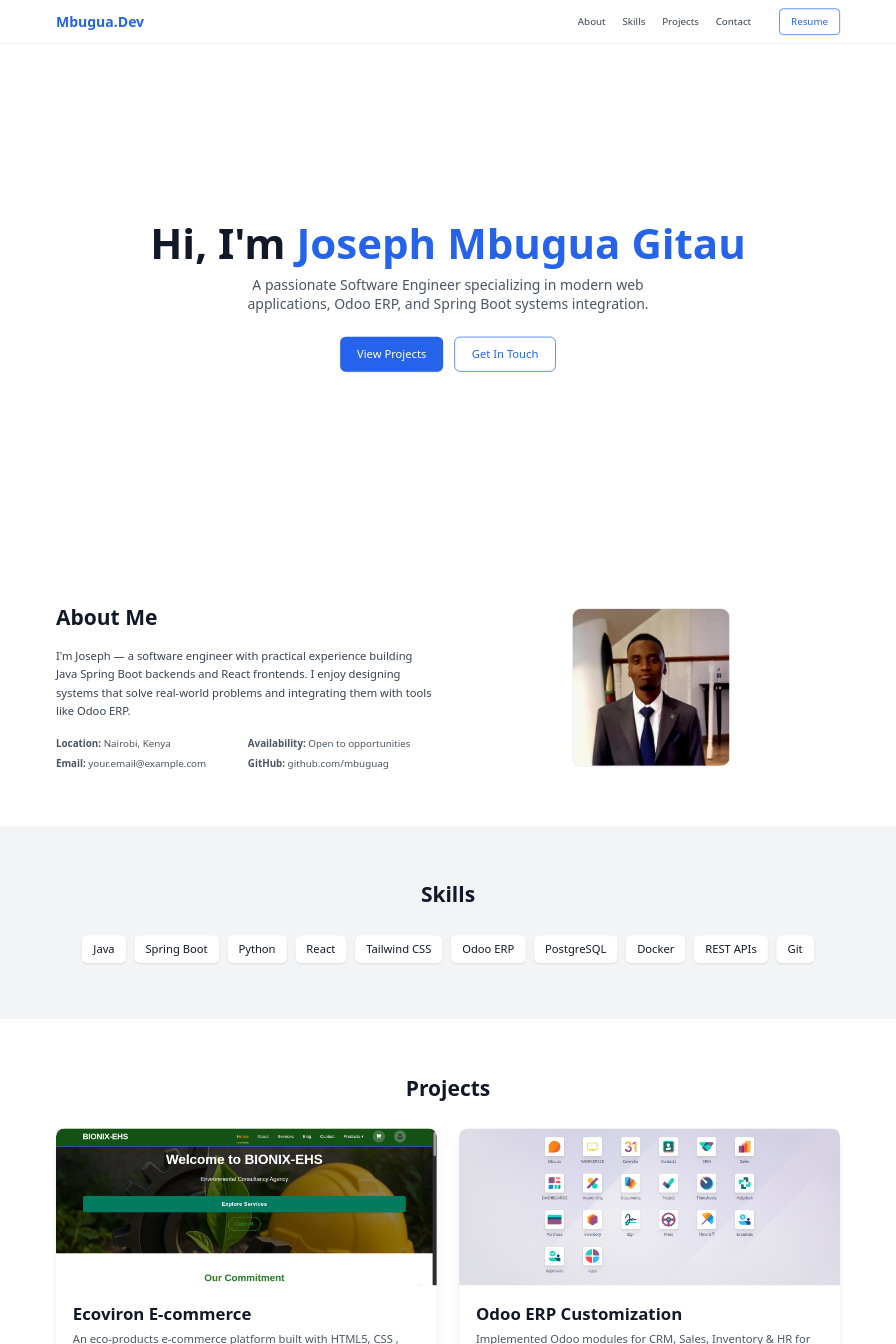
Repository: mbuguag/Portfolio
Page: /
These files come from the project's save history. The page is drawn as it stood at one moment and after the next save; the edit follows.
The browser window is 1280 px wide. The pictures show the part of the page from y = 0 to 1920 px (the page is 2749 px tall), at 70% of full size.
The project was rebuilt for these pictures with package versions that can differ from the ones it lists, and the page was loaded fresh each time. Also part of the build but not shown: vite.config.js.

Above is the page before, as saved 2025-10-24 10:59:55.

### index.html
<!doctype html>
<html lang="en">
  <head>
    <meta charset="UTF-8" />
    <link rel="icon" type="image/svg+xml" href="/vite.svg" />
    <meta name="viewport" content="width=device-width, initial-scale=1.0" />
    <title>dev-portfolio</title>
  </head>
  <body>
    <div id="root"></div>
    <script type="module" src="/src/main.jsx"></script>
  </body>
</html>

### src/App.jsx
import React from "react";
import Navbar from "./components/Navbar";
import Hero from "./components/Hero";
import About from "./components/About";
import Skills from "./components/Skills";
import Projects from "./components/Projects";
import Contact from "./components/Contact";
import Footer from "./components/Footer";

export default function App() {
  return (
    <div className="antialiased">
      <Navbar />
      <main className="pt-16">
        <Hero />
        <About />
        <Skills />
        <Projects />
        <Contact />
      </main>
      <Footer />
    </div>
  );
}

### src/index.css
@tailwind base;
@tailwind components;
@tailwind utilities;

/* Global */
:root {
  scroll-behavior: smooth;
}

body {
  @apply bg-white text-gray-900 dark:bg-gray-900 dark:text-gray-100 font-sans;
}

/* container helper */
.container {
  @apply max-w-6xl mx-auto px-4;
}

/* small utility */
.section-title {
  @apply text-3xl font-semibold mb-6;
}

.card {
  @apply bg-white dark:bg-gray-800 rounded-xl shadow-sm overflow-hidden;
}

### src/components/Navbar.jsx
import React from "react";

export default function Navbar() {
  return (
    <header className="fixed top-0 left-0 right-0 z-50 bg-white/80 dark:bg-gray-900/80 backdrop-blur-sm border-b border-gray-200 dark:border-gray-800">
      <div className="container flex items-center justify-between py-3">
        <a href="#home" className="text-xl font-bold text-blue-600">Mbugua.Dev</a>

        <nav className="hidden md:flex gap-6 items-center text-sm text-gray-700 dark:text-gray-300">
          <a href="#about" className="hover:text-blue-600">About</a>
          <a href="#skills" className="hover:text-blue-600">Skills</a>
          <a href="#projects" className="hover:text-blue-600">Projects</a>
          <a href="#contact" className="hover:text-blue-600">Contact</a>
          <a
            href="/resume.pdf"
            className="ml-4 inline-block px-4 py-2 text-sm border rounded-md border-blue-600 text-blue-600 hover:bg-blue-600 hover:text-white transition"
            download
          >
            Resume
          </a>
        </nav>

        {/* mobile placeholder (expand later if you want a menu) */}
        <div className="md:hidden text-sm text-gray-700 dark:text-gray-300">
          <a href="#projects" className="px-3 py-1 bg-blue-600 text-white rounded-md">View Work</a>
        </div>
      </div>
    </header>
  );
}

### src/components/Hero.jsx
export default function Hero() {
  return (
    <section id="home" className="flex flex-col items-center justify-center text-center min-h-screen px-6">
      <h1 className="text-4xl sm:text-6xl font-bold mb-4">
        Hi, I'm <span className="text-blue-600">Joseph Mbugua Gitau</span>
      </h1>
      <p className="text-lg sm:text-xl text-gray-600 dark:text-gray-300 max-w-2xl">
        A passionate Software Engineer specializing in modern web applications, Odoo ERP, and Spring Boot systems integration.
      </p>
      <div className="mt-8 flex gap-4">
        <a href="#projects" className="px-6 py-3 bg-blue-600 text-white rounded-lg shadow hover:bg-blue-700 transition">View Projects</a>
        <a href="#contact" className="px-6 py-3 border border-blue-600 text-blue-600 rounded-lg hover:bg-blue-600 hover:text-white transition">Get In Touch</a>
      </div>
    </section>
  );
}

### src/components/About.jsx
import React from "react";

export default function About() {
  return (
    <section id="about" className="py-20">
      <div className="container grid md:grid-cols-2 gap-10 items-center">
        <div>
          <h2 className="section-title">About Me</h2>
          <p className="text-gray-700 dark:text-gray-300 leading-relaxed">
            I'm Joseph — a software engineer with practical experience building
            Java Spring Boot backends and React frontends.
            I enjoy designing systems that solve real-world problems and integrating
            them with tools like Odoo ERP.
          </p>

          <ul className="mt-6 grid grid-cols-2 gap-2 text-sm text-gray-600 dark:text-gray-400">
            <li><strong>Location:</strong> Nairobi, Kenya</li>
            <li><strong>Availability:</strong> Open to opportunities</li>
            <li><strong>Email:</strong> your.email@example.com</li>
            <li><strong>GitHub:</strong> github.com/mbuguag</li>
          </ul>
        </div>

        <div className="flex justify-center">
          <div className="w-56 h-56 rounded-xl overflow-hidden ring-1 ring-gray-200 dark:ring-gray-700">
            <img
              src="/Profile.jpg"
              alt="Joseph Mbugua"
              className="w-full h-full object-cover"
            />
          </div>
        </div>
      </div>
    </section>
  );
}

### src/components/Skills.jsx
const skills = [
  "Java", "Spring Boot", "Python", "React", "Tailwind CSS",
  "Odoo ERP", "PostgreSQL", "Docker", "REST APIs", "Git"
];

export default function Skills() {
  return (
    <section id="skills" className="py-20 bg-gray-100 dark:bg-gray-800">
      <h2 className="text-3xl font-bold mb-10 text-center">Skills</h2>
      <div className="flex flex-wrap justify-center gap-3">
        {skills.map((skill) => (
          <span key={skill} className="px-4 py-2 bg-white dark:bg-gray-700 shadow rounded-lg">
            {skill}
          </span>
        ))}
      </div>
    </section>
  );
}

### src/components/Projects.jsx
const projects = [
  {
    title: "Ecoviron E-commerce",
    description: "An eco-products e-commerce platform built with HTML5, CSS , JavaScript & Spring Boot backend.",
    image: "/Bionix.png",
    link: "https://www.bionix-hse.co.ke",
  },
  {
    title: "Odoo ERP Customization",
    description: "Implemented Odoo modules for CRM, Sales, Inventory & HR for business automation.",
    image: "/Odoo.png",
    link: "#",
  },
];

export default function Projects() {
  return (
    <section id="projects" className="py-20 container">
      <h2 className="text-3xl font-bold mb-10 text-center">Projects</h2>
      <div className="grid md:grid-cols-2 gap-8">
        {projects.map((proj) => (
          <div key={proj.title} className="bg-white dark:bg-gray-800 rounded-xl shadow-lg overflow-hidden">
            <img src={proj.image} alt={proj.title} className="w-full h-56 object-cover" />
            <div className="p-6">
              <h3 className="text-2xl font-semibold mb-2">{proj.title}</h3>
              <p className="text-gray-600 dark:text-gray-300 mb-4">{proj.description}</p>
              <a href={proj.link} target="_blank" className="text-blue-600 hover:text-blue-800 dark:text-blue-400 dark:hover:text-blue-200">View Project →</a>
            </div>
          </div>
        ))}
      </div>
    </section>
  );
}

### src/components/Contact.jsx
export default function Contact() {
  return (
    <section id="contact" className="py-20 bg-gray-100 dark:bg-gray-800">
      <h2 className="text-3xl font-bold mb-10 text-center">Contact Me</h2>
      <form className="max-w-lg mx-auto space-y-4">
        <input type="text" placeholder="Your Name" className="w-full p-3 rounded-lg border dark:bg-gray-700 dark:border-gray-600" />
        <input type="email" placeholder="Your Email" className="w-full p-3 rounded-lg border dark:bg-gray-700 dark:border-gray-600" />
        <textarea placeholder="Your Message" rows="5" className="w-full p-3 rounded-lg border dark:bg-gray-700 dark:border-gray-600"></textarea>
        <button className="w-full bg-blue-600 text-white py-3 rounded-lg hover:bg-blue-700 transition">Send Message</button>
      </form>
    </section>
  );
}

### src/components/Footer.jsx
export default function Footer() {
  return (
    <footer className="py-6 text-center text-gray-500 dark:text-gray-400 border-t border-gray-200 dark:border-gray-700">
      © {new Date().getFullYear()} Joseph Mbugua Gitau. All rights reserved.
    </footer>
  );
}

Loaded but not shown: src/main.jsx (common file); tailwind.config.js (common file)

After the next save:
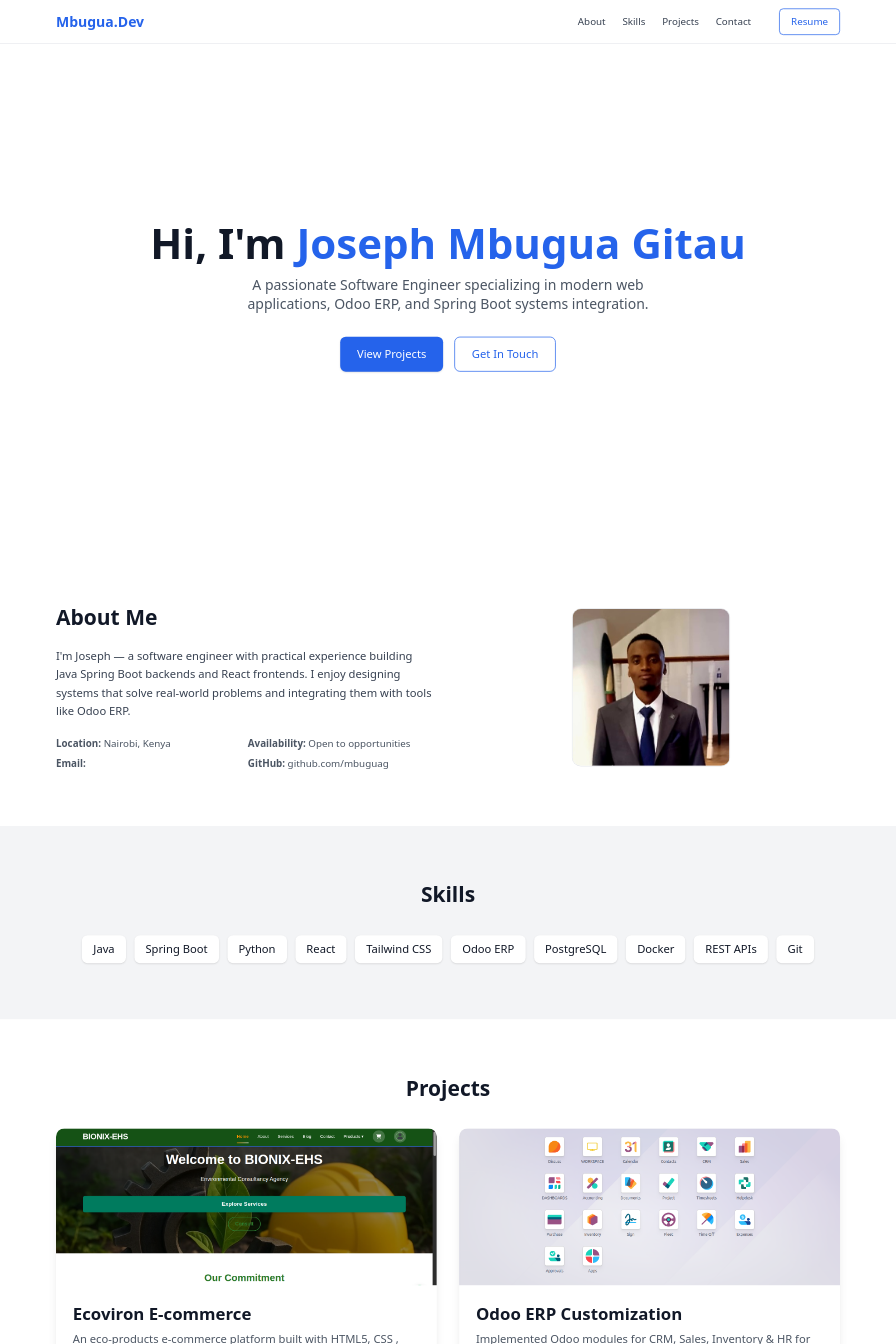
Saved 6 s later.
--- a/src/components/About.jsx
+++ b/src/components/About.jsx
@@ -16,7 +16,7 @@
           <ul className="mt-6 grid grid-cols-2 gap-2 text-sm text-gray-600 dark:text-gray-400">
             <li><strong>Location:</strong> Nairobi, Kenya</li>
             <li><strong>Availability:</strong> Open to opportunities</li>
-            <li><strong>Email:</strong> your.email@example.com</li>
+            <li><strong>Email:</strong> </li>
             <li><strong>GitHub:</strong> github.com/mbuguag</li>
           </ul>
         </div>
